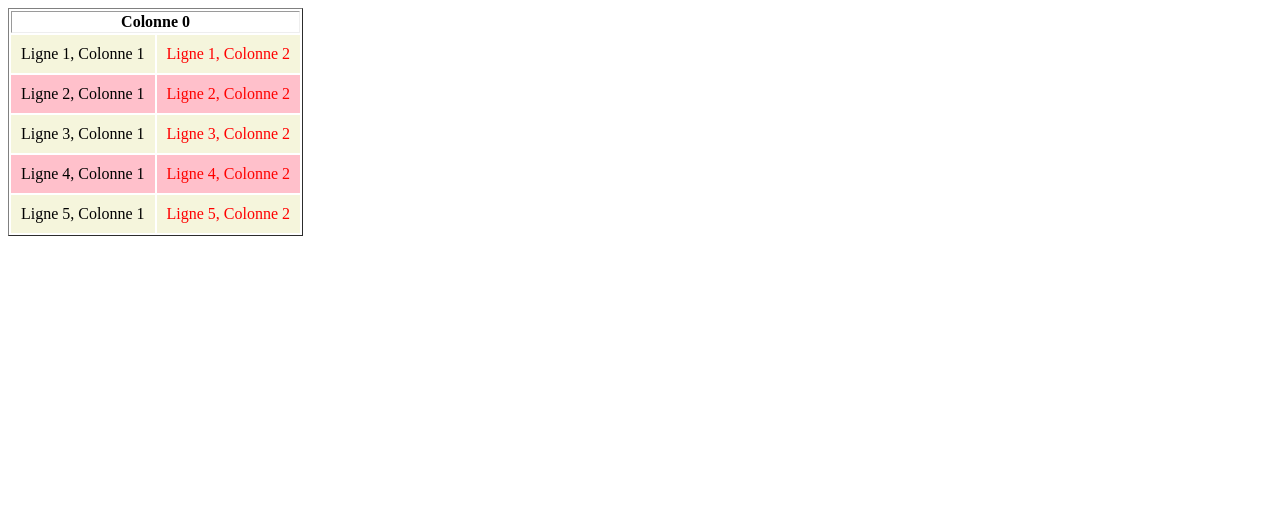
Repository: Chaimaa482/web-tp4
Page: ex1.html
An editor plug-in stored every save of this project. The page is shown before and after the next save, followed by the edit.
The browser window is 1280 px wide. The pictures show the whole page.

Above is the page before, as saved 2023-10-22 16:31:25.

### ex1.html
<!DOCTYPE html>
<html>
<style>
</style>
<body>
    <table border="1">
        <tr>
            <th>Colonne 0</th>
            <th>Colonne 0</th>
        </tr>
        <tr>
            <td>Ligne 1, Colonne 1</td>
            <td>Ligne 1, Colonne 2</td>
        </tr>
        <tr>
            <td>Ligne 2, Colonne 1</td>
            <td>Ligne 2, Colonne 2</td>
        </tr>
        <tr>
            <td>Ligne 3, Colonne 1</td>
            <td>Ligne 3, Colonne 2</td>
        </tr>
        <tr>
            <td>Ligne 4, Colonne 1</td>
            <td>Ligne 4, Colonne 2</td>
        </tr>
        <tr>
            <td>Ligne 5, Colonne 1</td>
            <td>Ligne 5, Colonne 2</td>
        </tr>
    </table>

    <script>
        var table = document.getElementsByTagName('table');
        var cells = document.getElementsByTagName("td");

        // Donner une couleur de fond rose aux lignes paires et beige aux lignes impaires
        var rows = document.querySelectorAll("tr");
        for (var i = 1; i < rows.length; i++) {
            if (i % 2 === 0) {
                rows[i].style.backgroundColor = "pink";
            } else {
                rows[i].style.backgroundColor = "beige";
            }
        }

        // Donner une classe col1 aux colonnes paires et col2 aux colonnes impaires
        for (var i = 0; i < cells.length; i++) {
            if (i % 2 === 0) {
                cells[i].style.color= 'black';
            } else {
                cells[i].style.color= 'red';
            }
        }
        //fusionner la premiere line
        var row = document.querySelector('table tr:first-child');
        row.cells[0].colSpan=2;
        row.removeChild(row.cells[1]);


        //delete bordure
        rows[0].style.border = "none";
        for (var i = 0; i < cells.length; i++) {
            cells[i].style.border = "none";
            cells[i].style.padding='10px'
        }

    </script>
</body>
</html>

After the next save:
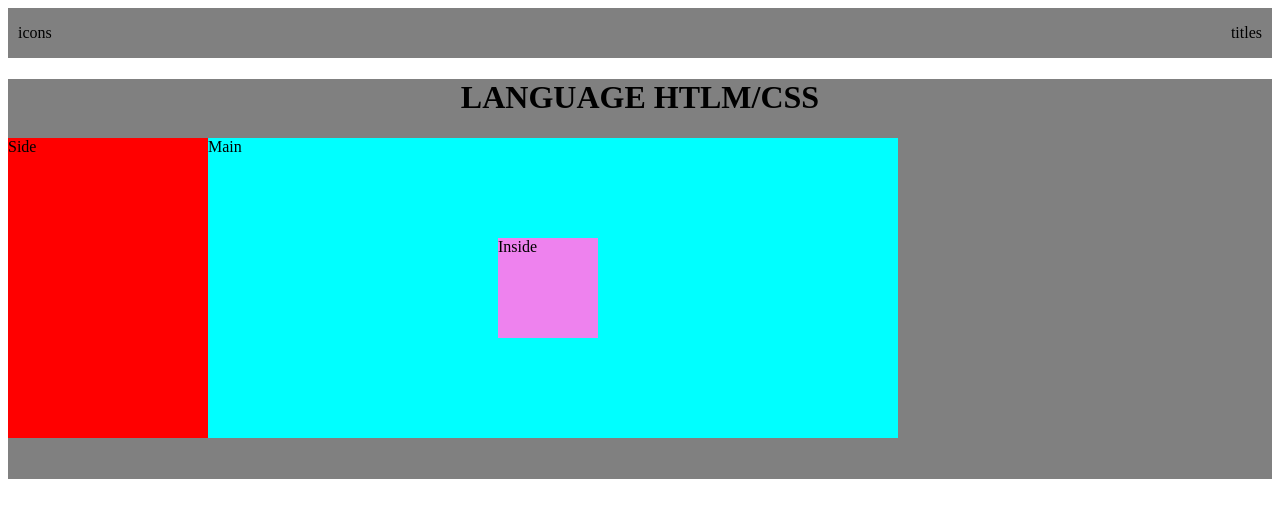
Saved 3 days later.
--- a/ex1.html
+++ b/ex1.html
@@ -1,70 +1,84 @@
 <!DOCTYPE html>
-<html>
-<style>
-</style>
-<body>
-    <table border="1">
-        <tr>
-            <th>Colonne 0</th>
-            <th>Colonne 0</th>
-        </tr>
-        <tr>
-            <td>Ligne 1, Colonne 1</td>
-            <td>Ligne 1, Colonne 2</td>
-        </tr>
-        <tr>
-            <td>Ligne 2, Colonne 1</td>
-            <td>Ligne 2, Colonne 2</td>
-        </tr>
-        <tr>
-            <td>Ligne 3, Colonne 1</td>
-            <td>Ligne 3, Colonne 2</td>
-        </tr>
-        <tr>
-            <td>Ligne 4, Colonne 1</td>
-            <td>Ligne 4, Colonne 2</td>
-        </tr>
-        <tr>
-            <td>Ligne 5, Colonne 1</td>
-            <td>Ligne 5, Colonne 2</td>
-        </tr>
-    </table>
+<html lang="en">
+<head>
+    <meta charset="UTF-8">
+    <meta name="viewport" content="width=device-width, initial-scale=1.0">
+    <title>HTML Table with Merged Cells</title>
+    <style>
+        h1{
+            text-align: center;
+        }
+        div{
+            background-color: gray;
+            height: 400px;
+            position: relative;
+        }
+        .div1{
+            background-color: gray;
+            height: 50px;
+            position: relative;
 
-    <script>
-        var table = document.getElementsByTagName('table');
-        var cells = document.getElementsByTagName("td");
+        }
+        body{
+            top: 20px;
+        }
+        .span1{
+            position: absolute;
+            background-color: red;
+            width: 200px;
+            height: 300px;
 
-        // Donner une couleur de fond rose aux lignes paires et beige aux lignes impaires
-        var rows = document.querySelectorAll("tr");
-        for (var i = 1; i < rows.length; i++) {
-            if (i % 2 === 0) {
-                rows[i].style.backgroundColor = "pink";
-            } else {
-                rows[i].style.backgroundColor = "beige";
-            }
+
+        }
+        .span2{
+            position: absolute;
+            left: 200px;
+            background-color: aqua;
+            width: 690px;
+            height: 300px;
+
+        }
+        .span3{
+            position: absolute;
+            background-color: violet;
+            top: 100px;
+            right: 300px;
+            height: 100px;
+            width: 100px;
+
+        }
+        .p1{
+            position: absolute;
+            right: 10px;
+
+        }
+        .p2{
+            position: absolute;
+            left: 10px;
+
         }
 
-        // Donner une classe col1 aux colonnes paires et col2 aux colonnes impaires
-        for (var i = 0; i < cells.length; i++) {
-            if (i % 2 === 0) {
-                cells[i].style.color= 'black';
-            } else {
-                cells[i].style.color= 'red';
-            }
-        }
-        //fusionner la premiere line
-        var row = document.querySelector('table tr:first-child');
-        row.cells[0].colSpan=2;
-        row.removeChild(row.cells[1]);
+    </style>
+</head>
+<body>
+    <div class="div1">
+        <p class="p1">titles</p>
+        <p class="p2">icons</p>
+    </div>
+    <div>
+        <h1>LANGUAGE HTLM/CSS</h1>
+        <span class="span1">
+            Side
+        </span>
+        <span class="span2">
+            Main
+            <span class="span3">
+                Inside
+            </span>
+        </span>
+
+    </div>
 
 
-        //delete bordure
-        rows[0].style.border = "none";
-        for (var i = 0; i < cells.length; i++) {
-            cells[i].style.border = "none";
-            cells[i].style.padding='10px'
-        }
-
-    </script>
 </body>
 </html>
